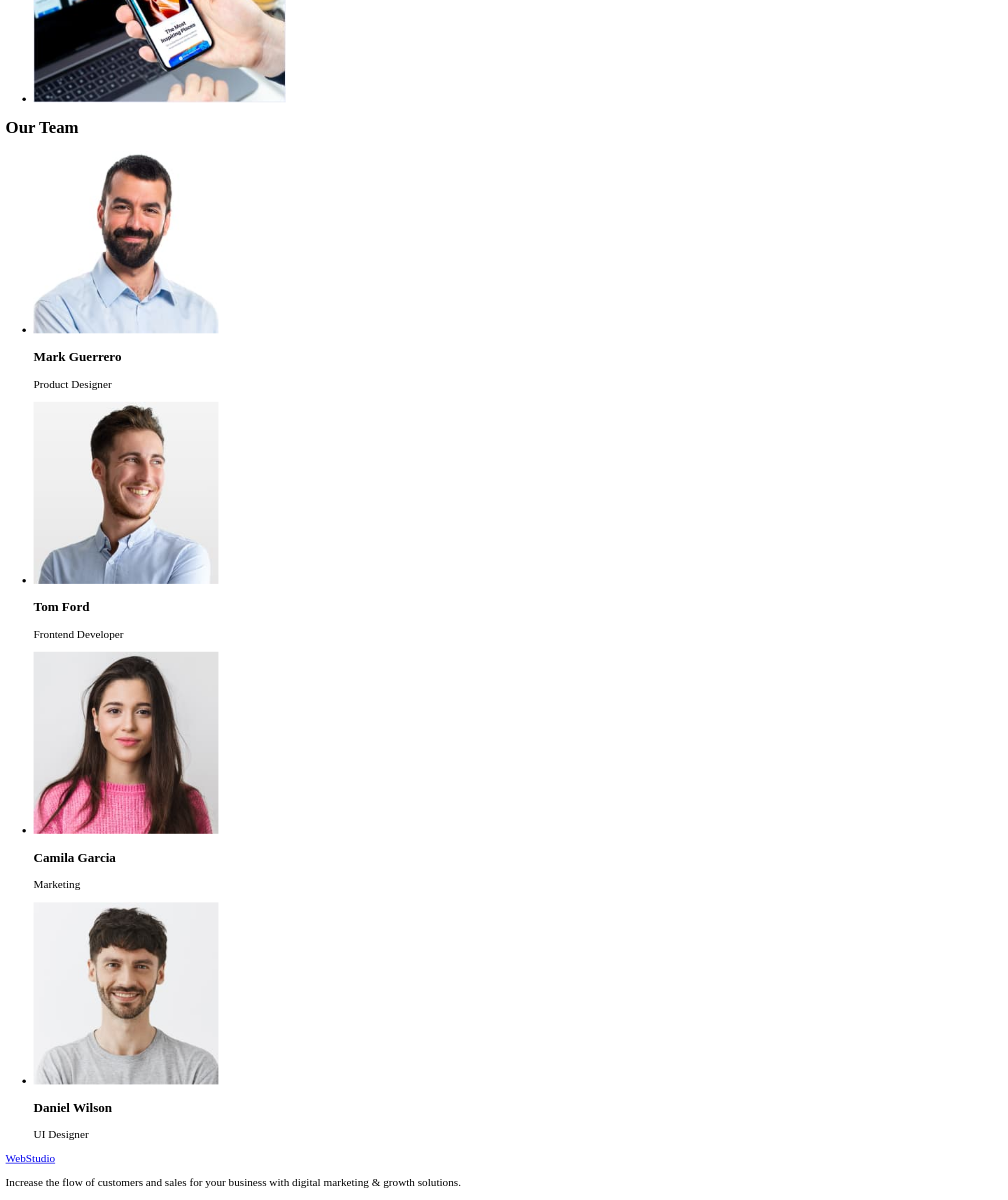
Repository: GrishchenkoNataliya/goit-markup-hw-02
Page: index.html
The author's editor kept a copy of each file at every save. The page is drawn from the files as they stood at one save, then again after the next save.
The browser window is 1280 px wide. The page is 1440 px wide, so the pictures cover 1440 px, including what lies to the right of the window. The pictures show the part of the page from y = 1323 to 3043 px (the page is 3037 px tall before and 3043 px after), at 70% of full size.

Above is the page before, as saved 2023-03-04 11:42:57.

### index.html
<!DOCTYPE html>
<html lang="en">
  <head>
    <meta charset="UTF-8" />
    <meta http-equiv="X-UA-Compatible" content="IE=edge" />
    <meta name="viewport" content="width=device-width, initial-scale=1.0" />

    <link rel="preconnect" href="https://fonts.googleapis.com" />
    <link rel="preconnect" href="https://fonts.gstatic.com" crossorigin />
    <link
      href="https://fonts.googleapis.com/css2?family=Raleway:wght@800&family=Roboto+Mono:wght@600&family=Roboto:wght@400;500;700&display=swap"
      rel="stylesheet"
    />
    <link rel="stylesheet" href="./css/styles.css" />
    <title>homework_2</title>
  </head>
  <body class="body">
    <header class="header">
      <a class="header-logo" href="./index.html">WebStudio</a>
      <nav class="header-nav">
        <ul class="header-list">
          <li class="header-item">
            <a
              class="header-link"
              href=""
              target="_blank"
              rel="noopener noreferrer nofollow"
              >Studio</a
            >
          </li>
          <li class="header-item-portfolio">
            <a
              class="header-link"
              href="./portfolio/portfolio.html"
              target="_blank"
              rel="noopener noreferrer nofollow"
              >Portfolio</a
            >
          </li>
          <li class="header-item">
            <a
              class="header-link"
              href=""
              target="_blank"
              rel="noopener noreferrer nofollow"
              >Contacts</a
            >
          </li>
        </ul>
      </nav>
      <address class="address">
        <ul class="address-list">
          <li class="address-mail">
            <a href="mailto:info@devstudio.com">info@devstudio.com</a>
          </li>
          <li class="address-tel">
            <a href="tel:+110001111111">+11 (000) 111-11-11</a>
          </li>
        </ul>
      </address>
    </header>
    <main>
      <section class="hero">
        <h1 class="hero-title">Effective Solutions for Your Business</h1>
        <button class="hero-btn" type="button">Order Service</button>
        <!-- Dark-bg -->
      </section>
      <section class="feature1">
        <h2 hidden>Большой заголовок</h2>
        <ul class="feature1-list">
          <li class="feature1-item">
            <h3 class="feature1-title">Strategy</h3>
            <p class="feature1-text">
              Our goal is to identify the business problem to walk away with the
              perfect and creative solution.
            </p>
          </li>
          <li class="feature1-item">
            <h3 class="feature1-title">Punctuality</h3>
            <p class="feature1-text">
              Bring the key message to the brand's audience for the best price
              within the shortest possible time.
            </p>
          </li>
          <li class="feature1-item">
            <h3 class="feature1-title">Diligence</h3>
            <p class="feature1-text">
              Research and confirm brands that present the strongest digital
              growth opportunities and minimize risk.
            </p>
          </li>
          <li class="feature1-item">
            <h3 class="feature1-title">Technologies</h3>
            <p class="feature1-text">
              Design practice focused on digital experiences. We bring forth a
              deep passion for problem-solving.
            </p>
          </li>
        </ul>
      </section>
      <section class="feature2">
        <h2 class="feature2-title">What are we doing</h2>
        <ul class="feature2-list">
          <li class="feature2-item">
            <img
              src="./images/pages1/Rectangle71-1.jpg"
              alt="Rectangle 71-1"
              width="360"
            />
          </li>
          <li class="feature2-item">
            <img
              src="./images/pages1/Rectangle71-2.jpg"
              alt="Rectangle 71-2"
              width="360"
            />
          </li>
          <li class="feature2-item">
            <img
              src="./images/pages1/Rectangle71-3.jpg"
              alt="Rectangle 71-3"
              width="360"
            />
          </li>
        </ul>
      </section>
      <section class="feature3">
        <h2 class="feature3-title">Our Team</h2>
        <ul class="feature3-list">
          <li class="feature3-item">
            <img
              src="./images/pages1/img1.jpg"
              alt="Mark Guerrero"
              width="264"
            />
            <h3 class="feature3-subtitle">Mark Guerrero</h3>
            <p>Product Designer</p>
          </li>
          <li class="feature3-item">
            <img src="./images/pages1/img2.jpg" alt="Tom Ford" width="264" />
            <h3 class="feature3-subtitle">Tom Ford</h3>
            <p>Frontend Developer</p>
          </li>
          <li class="feature3-item">
            <img
              src="./images/pages1/img3.jpg"
              alt="Camila Garcia"
              width="264"
            />
            <h3 class="feature3-subtitle">Camila Garcia</h3>
            <p>Marketing</p>
          </li>
          <li class="feature3-item">
            <img
              src="./images/pages1/img4.jpg"
              alt="Daniel Wilson"
              width="264"
            />
            <h3 class="feature3-subtitle">Daniel Wilson</h3>
            <p>UI Designer</p>
          </li>
        </ul>
      </section>
    </main>
    <footer>
      <a href="./index.html">WebStudio</a>

      <p>
        Increase the flow of customers and sales for your business with digital
        marketing & growth solutions.
      </p>
      <!-- Dark-bg -->
    </footer>
  </body>
</html>

### css/styles.css
body {
  font-family: "Roboto Regular", sans-serif;
  font-family: open-;
}
/* @font-face {
  font-family: Roboto-500;
  src: url(../fonts/);
}
Підключення шрифта з папки fonts */

.header {
}
.header-nav {
}
.header-list {
}
.header-logo {
  font-family: "Raleway";
  font-style: normal;
  font-weight: 800;
  font-size: 18px;
  line-height: 1.33;

  display: flex;
  align-items: center;
  letter-spacing: 0.03em;
  text-transform: uppercase;

  color: #4d5ae5;
}
.header-list {
  font-family: "Roboto";
  font-style: normal;
  font-weight: 500;
  font-size: 16px;
  line-height: 1.5;
  letter-spacing: 0.02em;
  color: #2e2f42;
}

.address {
}
.address-list {
  font-family: "Roboto";
  font-style: normal;
  font-weight: 400;
  font-size: 16px;
  line-height: 1.5;
  letter-spacing: 0.02em;
  color: #434455;
}
.address-mail {
}
.address-tel {
}
.main {
}
/* section hero */
.hero {
  position: absolute;
  width: 1440px;
  height: 600px;
  left: 0px;
  top: 72px;
  background: #2e2f42;
}
.hero-title {
  font-family: "Roboto";
  font-style: normal;
  font-weight: 700;
  font-size: 56px;
  line-height: 1.07;
  text-align: center;
  letter-spacing: 0.02em;
  color: #ffffff;
}
.hero-btn {
  position: absolute;
  width: 169px;
  height: 56px;
  left: 636px;
  top: 428px;
  background: #4d5ae5;
  box-shadow: 0px 4px 4px rgba(0, 0, 0, 0.15);
  border-radius: 4px;
}
/* section 1 */
.feature1 {
}
.feature1-list {
}
.feature1-item {
}
.feature1-title {
}
.feature1-text {
}
/* section 2 */
.feature2 {
}
.feature2-title {
}
.feature2-list {
}
.feature2-item {
}
/* section 3 */
.feature3 {
}
.feature3-title {
}
.feature3-list {
}
.feature3-item {
}
.feature3-subtitle {
}
.footer {
}
.footer-text {
}

After the next save:
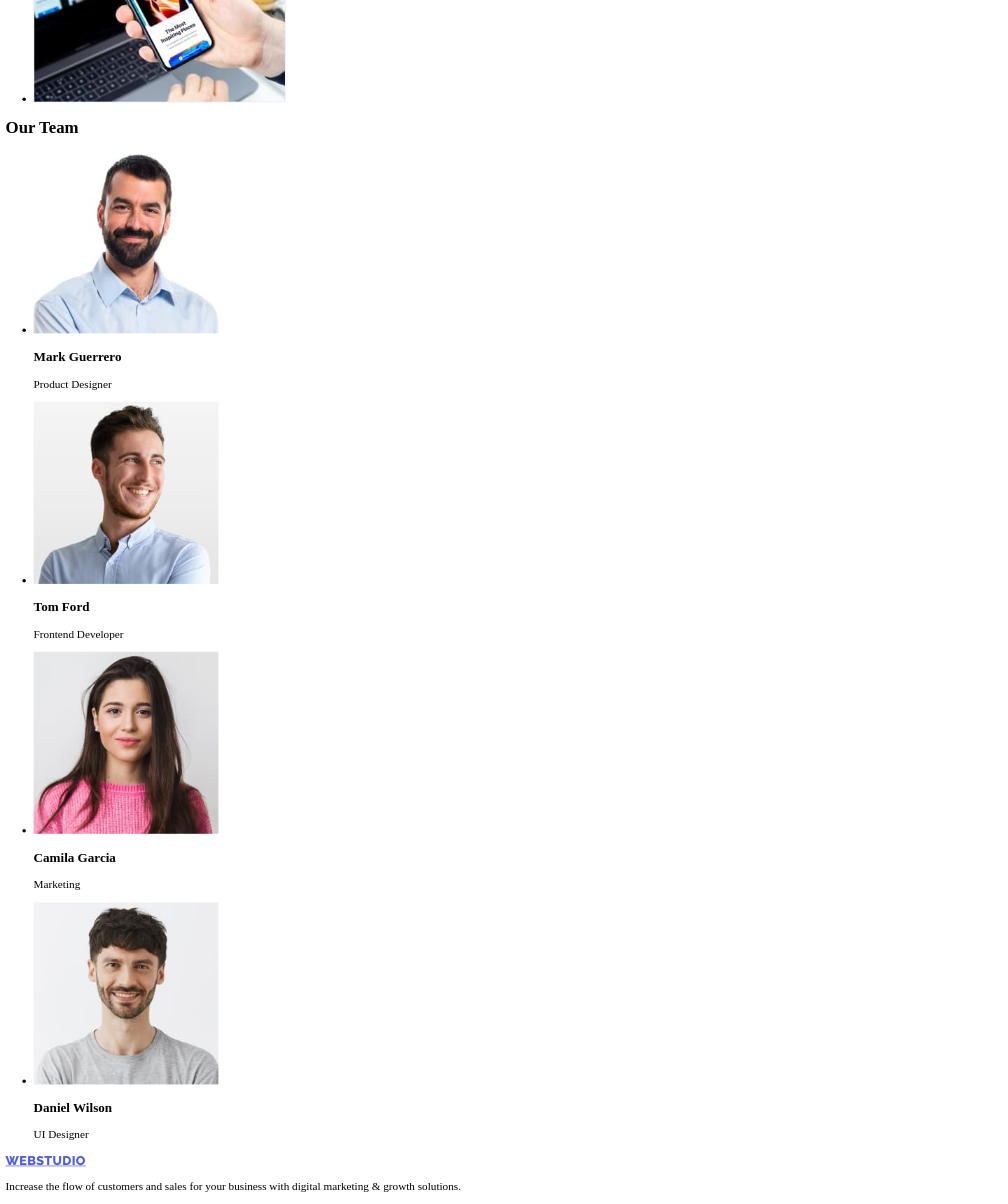
Saved 9 min 48 s later.
--- a/index.html
+++ b/index.html
@@ -59,7 +59,7 @@
         </ul>
       </address>
     </header>
-    <main>
+    <main class="main">
       <section class="hero">
         <h1 class="hero-title">Effective Solutions for Your Business</h1>
         <button class="hero-btn" type="button">Order Service</button>
@@ -162,10 +162,10 @@
         </ul>
       </section>
     </main>
-    <footer>
-      <a href="./index.html">WebStudio</a>
+    <footer class="footer">
+      <a class="header-logo" href="./index.html">WebStudio</a>
 
-      <p>
+      <p class="footer-text">
         Increase the flow of customers and sales for your business with digital
         marketing & growth solutions.
       </p>
